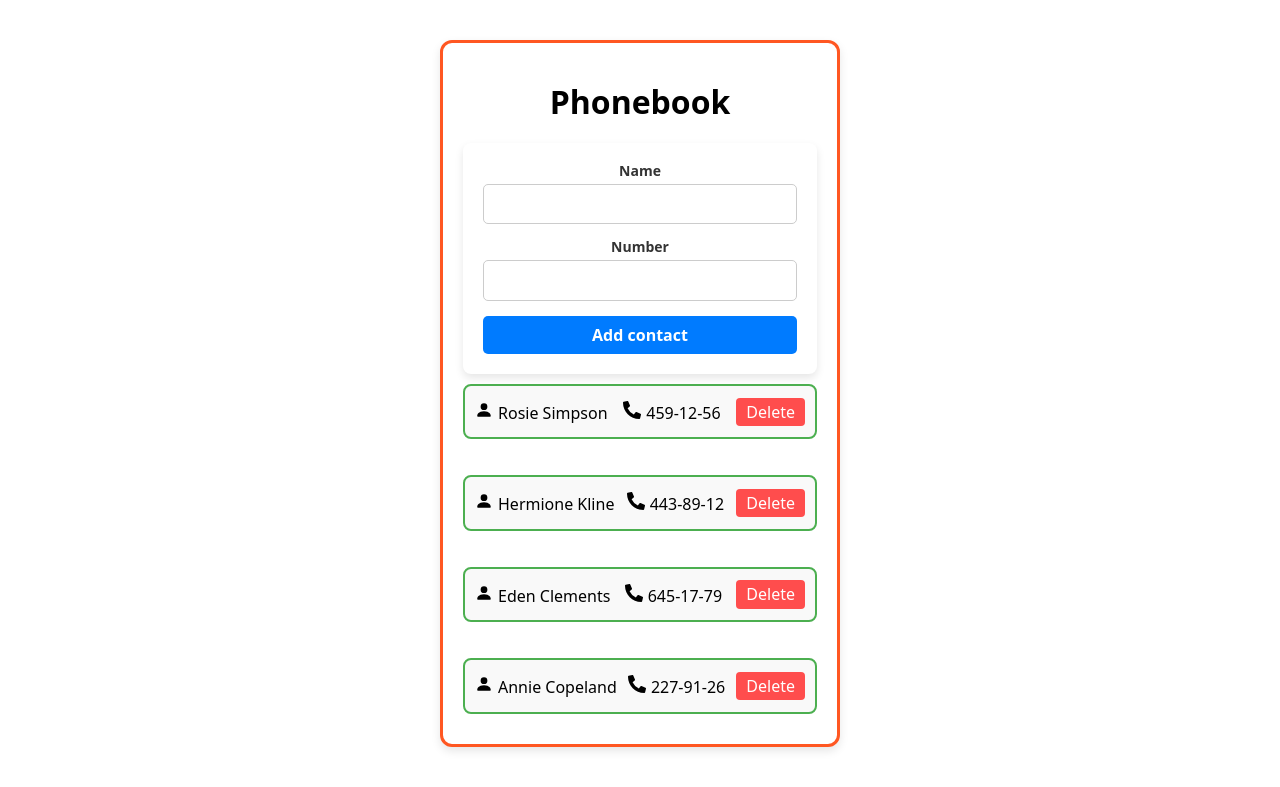
Repository: Evgeniya-Tishakova/goit-react-hw-03
Page: /
An editor plug-in stored every save of this project. The page is shown before and after the next save, followed by the edit.
The browser window is 1280 px wide. The pictures show the whole page.
The project was rebuilt for these pictures with package versions that can differ from the ones it lists, and the page was loaded fresh each time. Also part of the build but not shown: vite.config.js, src/index.css.

Above is the page before, as saved 2025-03-09 15:23:06.

### src/main.jsx
import { StrictMode } from "react";
import { createRoot } from "react-dom/client";
import "./index.css";
import App from "./components/App/App";
import "modern-normalize";

createRoot(document.getElementById("root")).render(
  <StrictMode>
    <App />
  </StrictMode>
);

### src/components/App/App.jsx
import { useState } from "react";
import { nanoid } from "nanoid";

import css from "./App.module.css";
import ContactForm from "../ContactForm/ContactForm";
import ContactList from "../ContactList/ContactList";

export default function App() {
  const [users, setUsers] = useState([
    { id: "id-1", name: "Rosie Simpson", number: "459-12-56" },
    { id: "id-2", name: "Hermione Kline", number: "443-89-12" },
    { id: "id-3", name: "Eden Clements", number: "645-17-79" },
    { id: "id-4", name: "Annie Copeland", number: "227-91-26" },
  ]);
  const [filterContacts, setFilterContacts] = useState("");

  const addUser = (newUser) => {
    setUsers((prevUsers) => {
      return [...prevUsers, newUser];
    });
  };

  const deleteUser = (userId) => {
    console.log(userId);
  };

  const searchUsers = users.filter((user) => user.name.toLowerCase());

  return (
    <>
      <div className={css.container}>
        <h1 className={css.title}>Phonebook</h1>
        <ContactForm onAdd={addUser} />
        <ContactList users={users} onDelete={deleteUser} />
      </div>
    </>
  );
}

### src/components/App/App.module.css
.container {
  max-width: 400px;
  margin: 40px auto;
  padding: 20px;
  border: 3px solid #ff5722;
  border-radius: 12px;
  background-color: #fff;
  box-shadow: 0px 4px 10px rgba(0, 0, 0, 0.1);
  text-align: center;
}

### src/components/ContactForm/ContactForm.jsx
import { Formik, Form, Field, ErrorMessage } from "formik";
import css from "./ContactForm.module.css";
import * as Yup from "yup";
import { nanoid } from "nanoid";

const UserSchema = Yup.object().shape({
  name: Yup.string()
    .min(3, "Too Short!")
    .max(50, "Too Long!")
    .required("Required"),
  number: Yup.number()
    .min(3, "Too short")
    .max(50, "Too long")
    .required("Required"),
});

export default function ContactForm({ onAdd }) {
  const initialValues = {
    name: "",
    number: "",
  };

  const handleSubmit = (values, actions) => {
    console.log("handleSubmit", values);

    onAdd(values, (id = nanoid));
    actions.resetForm();
  };

  // const handleSubmit =(event) => {
  // event.preventDefault();
  //   onAdd({
  //     name: event.target.elements.name.value;
  //     number: event.target.elements.number.value;
  //   })
  // }

  return (
    <Formik
      initialValues={initialValues}
      onSubmit={handleSubmit}
      validation={UserSchema}
    >
      {(props) => (
        <Form className={css.form} onSubmit={props.handleSubmit}>
          <div className={css.container}>
            <label className={css.label}>Name</label>
            <Field className={css.input} type="text" name="name" />
            <ErrorMessage className={css.error} name="name" component="span" />
          </div>
          <div className={css.container}>
            <label className={css.label}>Number</label>
            <Field className={css.input} type="text" name="number" />
            <ErrorMessage
              className={css.error}
              name="number"
              component="span"
            />
          </div>

          <button className={css.button} type="submit">
            Add contact
          </button>
        </Form>
      )}
    </Formik>
  );
}

### src/components/ContactList/ContactList.jsx
import css from "./ContactList.module.css";
import Contact from "../Contact/Contact";

export default function ContactList({ users, onDelete }) {
  return (
    <ul className={css.list}>
      {users.map((user) => (
        <li className={css.item}>
          <Contact
            key={user.id}
            name={user.name}
            number={user.number}
            onDelete={onDelete}
          />
        </li>
      ))}
    </ul>
  );
}

### src/components/ContactForm/ContactForm.module.css
.form {
    display: flex;
    flex-direction: column;
    align-items: center;
    gap: 15px;
    background-color: #fff;
    padding: 20px;
    border-radius: 8px;
    box-shadow: 0 4px 8px rgba(0, 0, 0, 0.1);
    max-width: 400px;
    margin: 0 auto;
}

.container {
    display: flex;
    flex-direction: column;
    width: 100%;
}


.label {
    font-size: 14px;
    font-weight: 600;
    color: #333;
    margin-bottom: 5px;
}

.input {
    width: 100%;
    padding: 10px;
    border: 1px solid #ccc;
    border-radius: 5px;
    font-size: 16px;
    transition: border 0.3s ease;
}

.input:focus {
    border-color: #007bff;
    outline: none;
}

.button {
    width: 100%;
    padding: 10px;
    background-color: #007bff;
    color: white;
    font-size: 16px;
    font-weight: bold;
    border: none;
    border-radius: 5px;
    cursor: pointer;
    transition: background 0.3s ease;
}

.button:hover {
    background-color: #0056b3;
}

.button:active {
    background-color: #004494;
}


.error {
    font-size: 14px;
    color: orangered;
}

### src/components/ContactList/ContactList.module.css
.list {
    margin: 0;
    padding: 0;
    display: flex;
    flex-direction: column;
    gap: 16px;
}

.item {
    border: 2px solid #4caf50;
    border-radius: 8px;
    padding: 10px;
    margin: 10px 0;
    display: flex;
    justify-content: space-between;
    align-items: center;
    background-color: #f9f9f9;
}

.item:hover {
    background-color: #e8f5e9;
}

### src/components/Contact/Contact.jsx
import css from "./Contact.module.css";
import { BsPersonFill } from "react-icons/bs";
import { FaPhoneAlt } from "react-icons/fa";

export default function Contact({ id, name, number, onDelete }) {
  return (
    <>
      <p className={css.text}>
        <BsPersonFill className={css.icon} />
        {name}
      </p>
      <p className={css.text}>
        <FaPhoneAlt className={css.icon} />
        {number}
      </p>
      <button className={css.button} onClick={() => onDelete}>
        Delete
      </button>
    </>
  );
}

### src/components/Contact/Contact.module.css
.text {
    margin: 5px 0;

}


.button {
    padding: 5px 10px;
    background-color: #ff4d4d;
    border: none;
    color: white;
    border-radius: 4px;
    cursor: pointer;
    transition: background 0.3s;
}


.button:hover {
    background-color: #cc0000;
}

.icon {
    margin-right: 5px;



    width: 18px;
    height: 18px;
}

Loaded but not shown: index.html (common file)

After the next save:
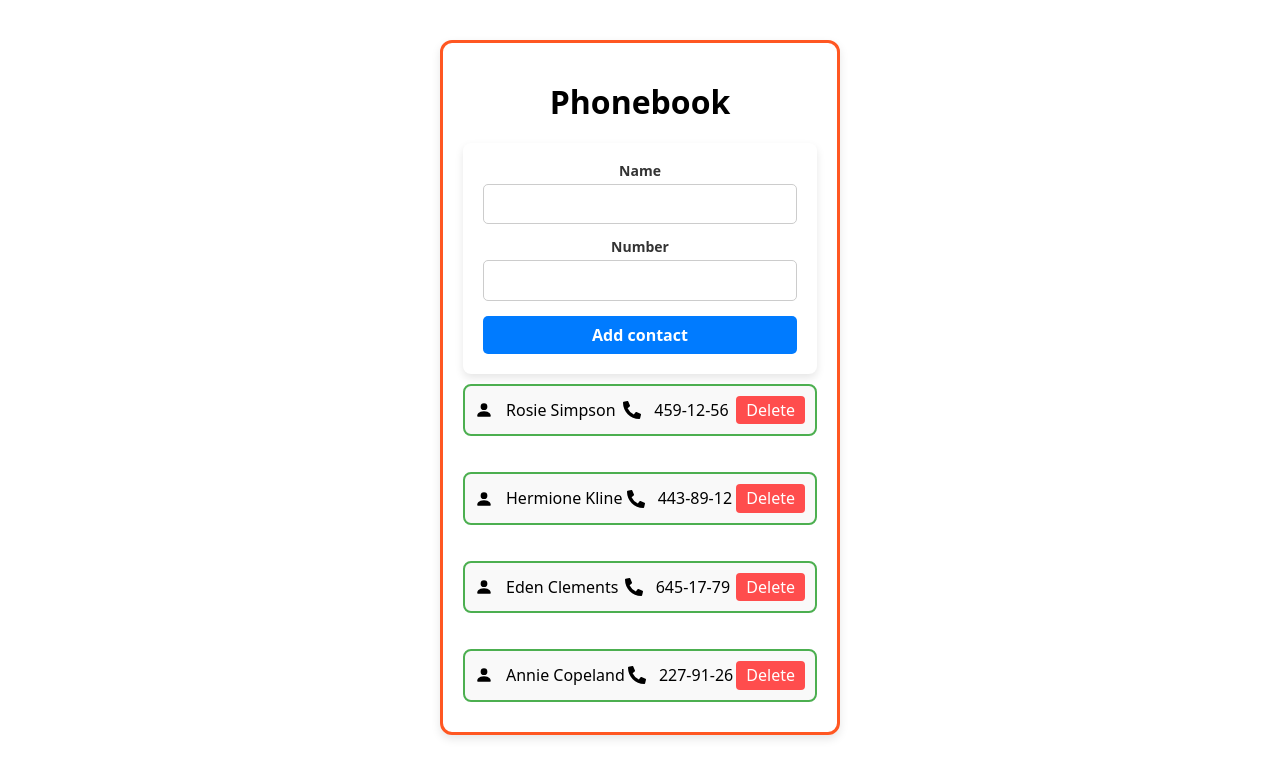
Saved 2 min 41 s later.
--- a/src/components/Contact/Contact.module.css
+++ b/src/components/Contact/Contact.module.css
@@ -1,6 +1,9 @@
 .text {
     margin: 5px 0;
+    display: flex;
+    align-items: center;
 
+    gap: 8px;
 }
 
 
